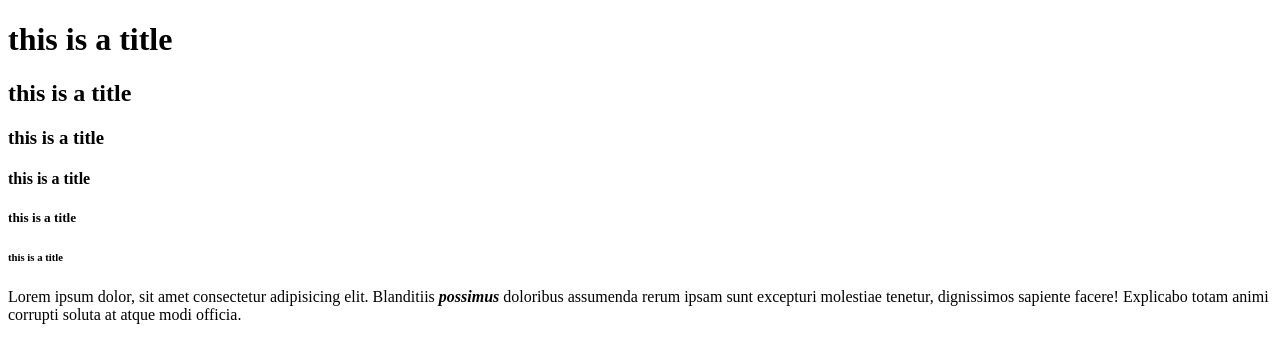
Repository: KelaiAffaf/luffy-courses
Page: index.html
The author's editor kept a copy of each file at every save. The page is drawn from the files as they stood at one save, then again after a run of saves.
The browser window is 1280 px wide. The pictures show the whole page.

Above is the page before, as saved 2024-01-03 14:37:05.

### index.html
<!DOCTYPE html>
<html lang="en">
<head>
    <meta charset="UTF-8">
    <meta http-equiv="X-UA-Compatible" content="IE=edge">
    <meta name="viewport" content="width=device-width, initial-scale=1.0">
    <title>Course html css </title>
</head>
<body>
    <!-- this is a comment  -->
    <!-- TODO : add a picture -->
    <!-- this is a section where we re going to explain html tags  -->

    <!-- Headings : h1--h6  -->
    <h1>this is a title </h1>
    <h2>this is a title</h2>
    <h3>this is a title</h3>
    <h4>this is a title</h4>
    <h5>this is a title</h5>
    <h6>this is a <b>title</b></h6>

    <!-- Paragraphs -->

    <p>Lorem ipsum dolor, sit amet consectetur adipisicing elit.
        Blanditiis <b><i>possimus</i></b> doloribus assumenda rerum ipsam sunt
        excepturi molestiae tenetur, dignissimos sapiente facere!
        Explicabo totam animi corrupti soluta at atque modi officia.</p>

</body>
</html>

After the next 4 saves:
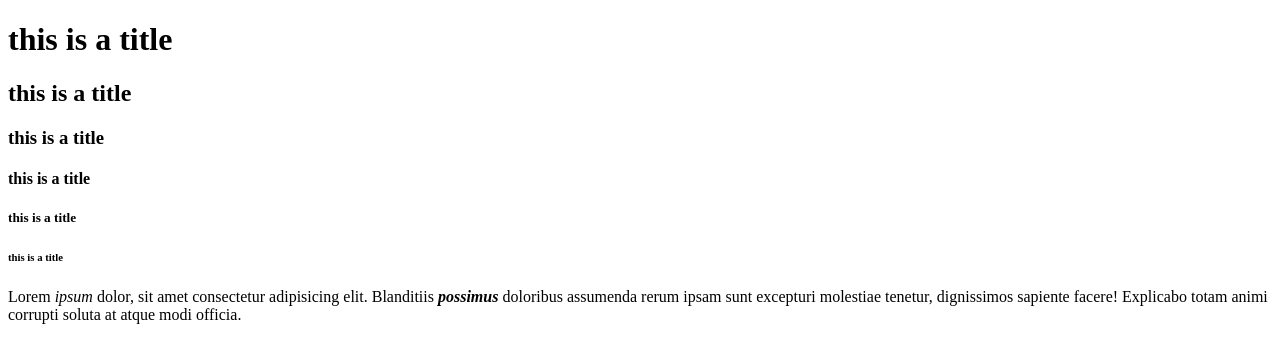
The 4 saves are shown as one change because they came seconds apart.
The last was saved 24 s later.
--- a/index.html
+++ b/index.html
@@ -21,7 +21,7 @@
 
     <!-- Paragraphs -->
 
-    <p>Lorem ipsum dolor, sit amet consectetur adipisicing elit.
+    <p>Lorem <em>ipsum</em> dolor, sit amet consectetur adipisicing elit.
         Blanditiis <b><i>possimus</i></b> doloribus assumenda rerum ipsam sunt
         excepturi molestiae tenetur, dignissimos sapiente facere!
         Explicabo totam animi corrupti soluta at atque modi officia.</p>
